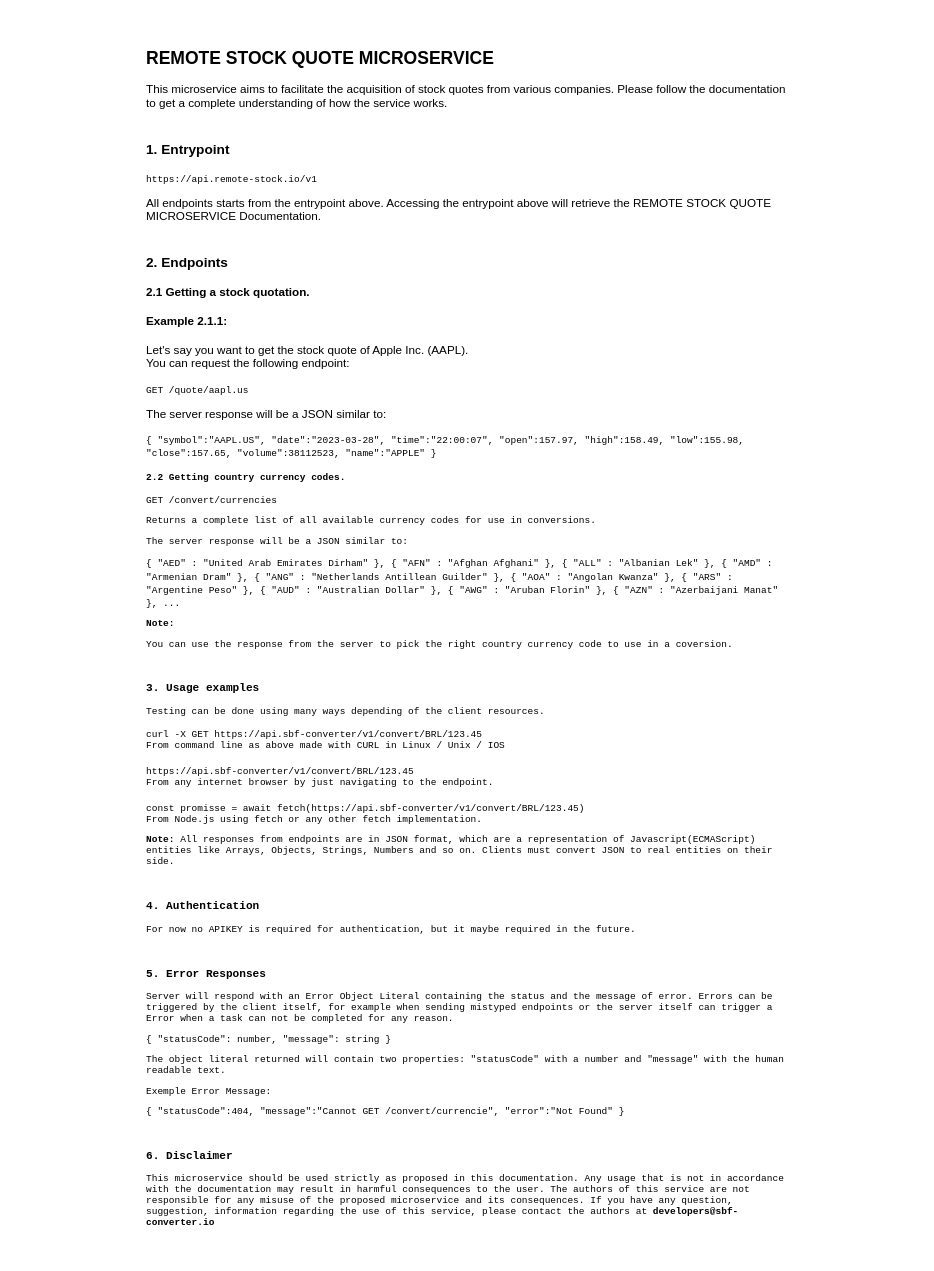
Repository: miguelamello/nest-js
Page: api-service/documentation.html
An editor plug-in stored every save of this project. The page is shown before and after a run of saves, followed by the edit.
The browser window is 1280 px wide. The pictures show the whole page, at 73% of full size.

Above is the page before, as saved 2023-03-28 18:09:59.

### api-service/documentation.html
<!DOCTYPE html>
<html lang="en">
<head>
  <meta charset="UTF-8">
  <meta http-equiv="X-UA-Compatible" content="IE=edge">
  <meta name="viewport" content="width=device-width, initial-scale=1.0">
  <title>REMOTE STOCK QUOTE MICROSERVICE</title>
  <style>
    body {
      font-family: Arial, Helvetica, sans-serif;
      padding: 3% 15%;
    }

    h3 {
      margin-top: 5%;
    }
  </style>
</head>
<body>
  <h2>REMOTE STOCK QUOTE MICROSERVICE</h2>
  <p>
    This microservice aims to facilitate the acquisition of stock quotes from various companies.
    Please follow the documentation to get a complete understanding of how the service works.
  </p>

  <h3>1. Entrypoint</h3>
  <code>https://api.remote-stock.io/v1</code>
  <p>
    All endpoints starts from the entrypoint above. Accessing the entrypoint
    above will retrieve the REMOTE STOCK QUOTE MICROSERVICE Documentation.
  </p>

  <h3>2. Endpoints</h3>
  <h4>2.1 Getting a stock quotation.</h4>
  <p>
    <p>
      <h4>Example 2.1.1:</h4>
      <div>Let's say you want to get the stock quote of Apple Inc. (AAPL).</div>
      <div>You can request the following endpoint:</div><br>
      <code>GET /quote/aapl.us</code>

      <p>The server response will be a JSON similar to:</p>

      <code>
        {
          "symbol":"AAPL.US",
          "date":"2023-03-28",
          "time":"22:00:07",
          "open":157.97,
          "high":158.49,
          "low":155.98,
          "close":157.65,
          "volume":38112523,
          "name":"APPLE"
        }
    </p>
  </p>

  <h4>2.2 Getting country currency codes.</h4>
  <p>
    <code>GET /convert/currencies</code>
    <div>Returns a complete list of all available currency codes for use in conversions.</div>

    <p>The server response will be a JSON similar to:</p>
    <code>
      { "AED" : "United Arab Emirates Dirham" },
      { "AFN" : "Afghan Afghani" },
      { "ALL" : "Albanian Lek" },
      { "AMD" : "Armenian Dram" },
      { "ANG" : "Netherlands Antillean Guilder" },
      { "AOA" : "Angolan Kwanza" },
      { "ARS" : "Argentine Peso" },
      { "AUD" : "Australian Dollar" },
      { "AWG" : "Aruban Florin" },
      { "AZN" : "Azerbaijani Manat" },
      ...
    </code>

    <p>
      <b>Note:</b>
      <div>You can use the response from the server to pick the right
        country currency code to use in a coversion.</div>
    </p>
  </p>

  <h3>3. Usage examples</h3>

  <p>Testing can be done using many ways depending of the client resources.</p>

  <code>curl -X GET https://api.sbf-converter/v1/convert/BRL/123.45</code>
  <div>From command line as above made with CURL in Linux / Unix / IOS</div>
  <br>
  <code>https://api.sbf-converter/v1/convert/BRL/123.45</code>
  <div>From any internet browser by just navigating to the endpoint.</div>
  <br>
  <code>const promisse = await fetch(https://api.sbf-converter/v1/convert/BRL/123.45)</code>
  <div>From Node.js using fetch or any other fetch implementation.</div>

  <p>
    <b>Note:</b> All responses from endpoints are in JSON format, which are a
    representation of Javascript(ECMAScript) entities like Arrays, Objects,
    Strings, Numbers and so on. Clients must convert JSON to real entities
    on their side.
  </p>

  <h3>4. Authentication</h3>
  <p>For now no APIKEY is required for authentication, but it maybe required in the future.</p>

  <h3>5. Error Responses</h3>

  <p>
    Server will respond with an Error Object Literal containing
    the status and the message of error. Errors can be triggered
    by the client itself, for example when sending mistyped endpoints
    or the server itself can trigger a Error when a
    task can not be completed for any reason.
  </p>

  <p>
    <code>{ "statusCode": number, "message": string }</code><br>
    <div>
      The object literal returned will contain two properties:
      "statusCode" with a number and "message" with the human readable text.
    </div>
  </p>

  <p>Exemple Error Message:</p>
  <p>
    <code>
      { "statusCode":404, "message":"Cannot GET /convert/currencie", "error":"Not Found" }
    </code>
  </p>

  <h3>6. Disclaimer</h3>
  <p>
    This microservice should be used strictly as proposed in this documentation.
    Any usage that is not in accordance with the documentation may result in harmful
    consequences to the user. The authors of this service are not responsible for
    any misuse of the proposed microservice and its consequences. If you have any question,
    suggestion, information regarding the use of this service, please contact
    the authors at <b>developers@sbf-converter.io</b>
  </p>

</body>
</html>

After the next 2 saves:
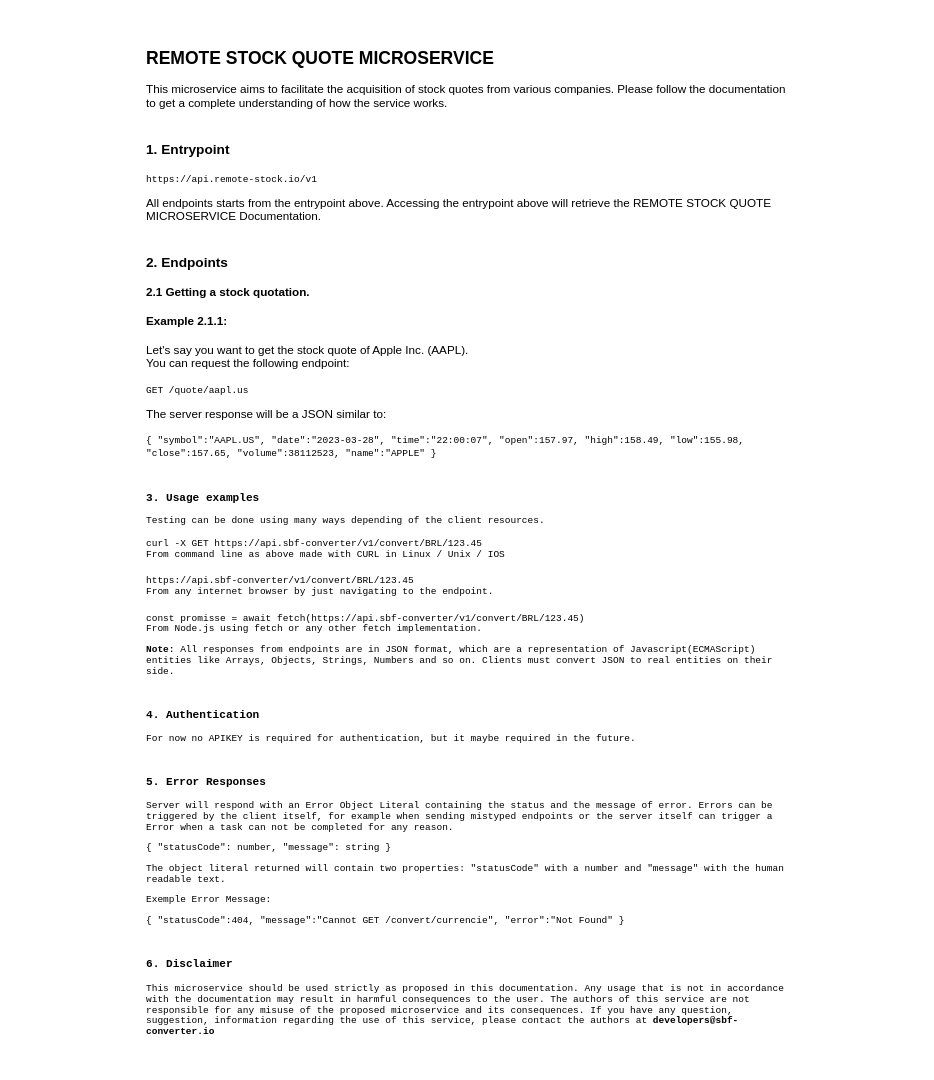
The 2 saves are shown as one change because they came seconds apart.
The last was saved 13 s later.
--- a/api-service/documentation.html
+++ b/api-service/documentation.html
@@ -53,33 +53,6 @@
           "volume":38112523,
           "name":"APPLE"
         }
-    </p>
-  </p>
-
-  <h4>2.2 Getting country currency codes.</h4>
-  <p>
-    <code>GET /convert/currencies</code>
-    <div>Returns a complete list of all available currency codes for use in conversions.</div>
-
-    <p>The server response will be a JSON similar to:</p>
-    <code>
-      { "AED" : "United Arab Emirates Dirham" },
-      { "AFN" : "Afghan Afghani" },
-      { "ALL" : "Albanian Lek" },
-      { "AMD" : "Armenian Dram" },
-      { "ANG" : "Netherlands Antillean Guilder" },
-      { "AOA" : "Angolan Kwanza" },
-      { "ARS" : "Argentine Peso" },
-      { "AUD" : "Australian Dollar" },
-      { "AWG" : "Aruban Florin" },
-      { "AZN" : "Azerbaijani Manat" },
-      ...
-    </code>
-
-    <p>
-      <b>Note:</b>
-      <div>You can use the response from the server to pick the right
-        country currency code to use in a coversion.</div>
     </p>
   </p>
 
